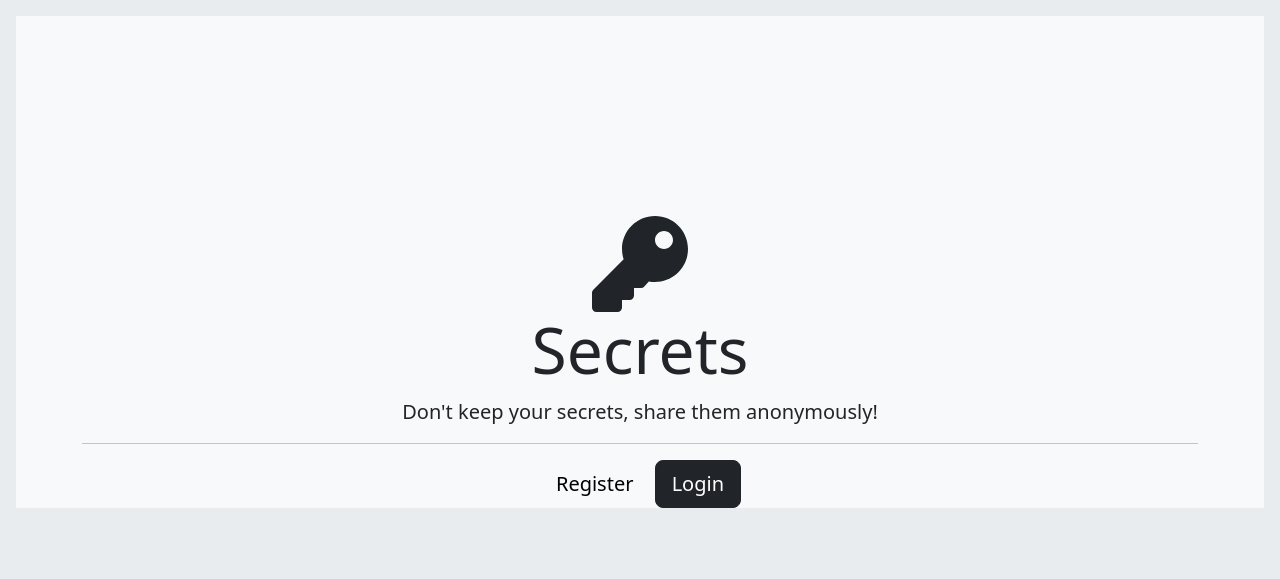
Repository: hritik1204/authentication
Page: http://localhost/
An editor plug-in stored every save of this project. The page is shown before and after the next save, followed by the edit.
The browser window is 1280 px wide. The pictures show the whole page.
The page is served by the project's Node server (app.js).

Above is the page before, as saved 2022-07-07 17:08:21.

### views/home.ejs
<%- include('partials/header') %>


    <div class="bg-light  rounded-lg m-3 centered">
        <div class="container">
            <i class="fas fa-key fa-6x"></i>
            <h1 class="display-3">Secrets</h1>
            <p class="lead">Don't keep your secrets, share them anonymously!</p>
            <hr>
            <a class="btn btn-light btn-lg" href="/register" role="button">Register</a>
            <a class="btn btn-dark btn-lg" href="/login" role="button">Login</a>

        </div>
    </div>

    <%- include('partials/footer') %>

### views/partials/header.ejs
<!DOCTYPE html>
<html lang="en" dir="ltr">

<head>
    <meta charset="utf-8">
    <title>Secrets</title>
    <script defer src="https://use.fontawesome.com/releases/v5.15.4/js/all.js" integrity="sha384-rOA1PnstxnOBLzCLMcre8ybwbTmemjzdNlILg8O7z1lUkLXozs4DHonlDtnE7fpc" crossorigin="anonymous"></script>
    <!-- CSS only -->
    <link href="https://cdn.jsdelivr.net/npm/bootstrap@5.2.0-beta1/dist/css/bootstrap.min.css" rel="stylesheet" integrity="sha384-0evHe/X+R7YkIZDRvuzKMRqM+OrBnVFBL6DOitfPri4tjfHxaWutUpFmBp4vmVor" crossorigin="anonymous">

    <link rel="stylesheet" href="css/styles.css">
</head>

<body>

### app.js
import express from "express";
import ejs from "ejs";

import { fileURLToPath } from 'url';
import { dirname } from 'path';
import { response } from "express";


main().catch(err => console.log(err));
async function main() {

    const app = express();
    app.use(express.urlencoded({ extended: true }));
    app.use(express.static("public"));
    app.set('view engine', 'ejs');

    const __filename = fileURLToPath(
        import.meta.url);

    const __dirname = dirname(__filename);

    app.get("/", (req, res) => res.render("home"));
    app.get("/login", (req, res) => res.render("login"));
    app.get("/register", (req, res) => res.render("register"));

















    app.listen(3000, () => console.log("Server started on port 3000"));
}

Loaded but not shown: views/partials/footer.ejs (common file); public/css/styles.css (common file)

After the next save:
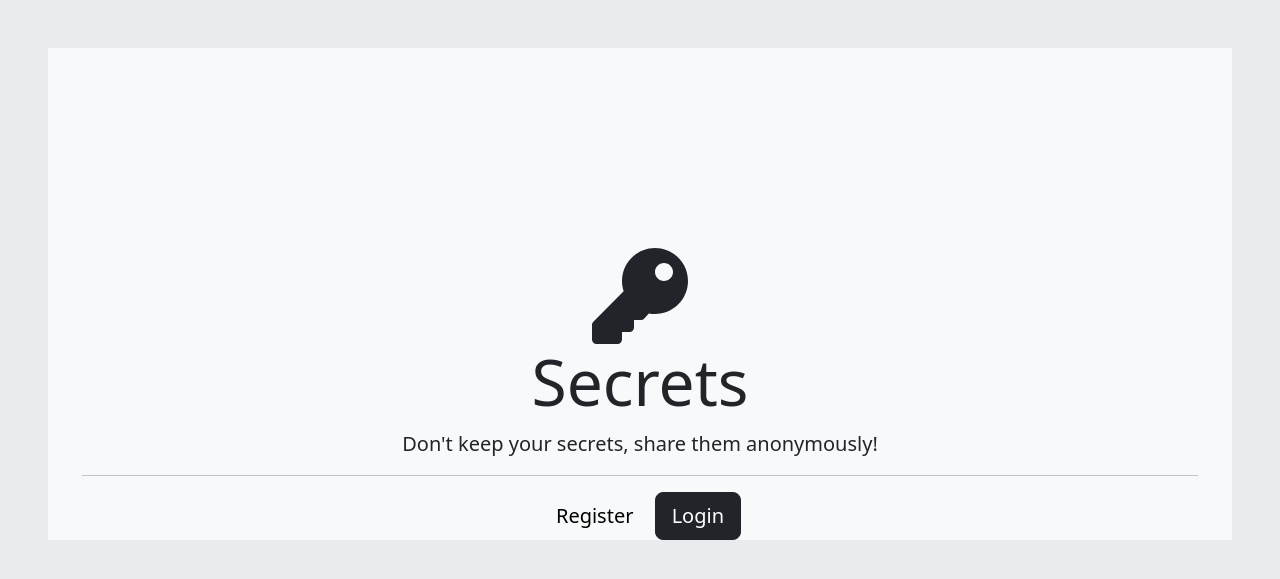
Saved 7 s later.
--- a/views/home.ejs
+++ b/views/home.ejs
@@ -1,7 +1,7 @@
 <%- include('partials/header') %>
 
 
-    <div class="bg-light  rounded-lg m-3 centered">
+    <div class="bg-light  rounded-lg m-5 centered">
         <div class="container">
             <i class="fas fa-key fa-6x"></i>
             <h1 class="display-3">Secrets</h1>

After the save that followed:
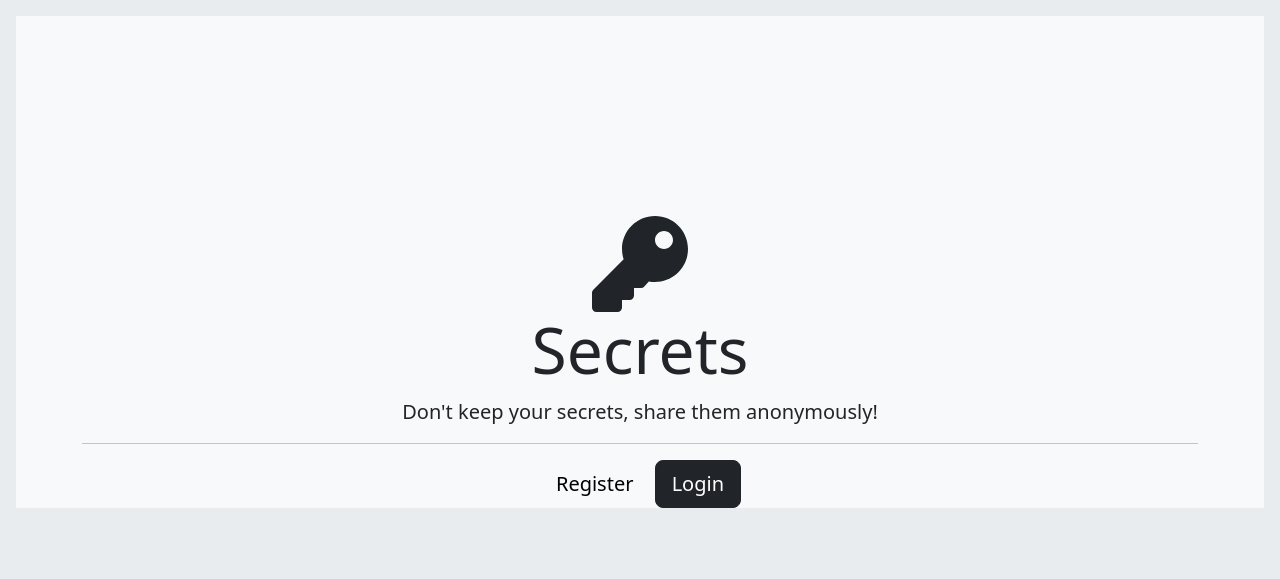
Saved 19 s later.
--- a/views/home.ejs
+++ b/views/home.ejs
@@ -1,7 +1,7 @@
 <%- include('partials/header') %>
 
 
-    <div class="bg-light  rounded-lg m-5 centered">
+    <div class="bg-light  rounded-lg m-3 centered">
         <div class="container">
             <i class="fas fa-key fa-6x"></i>
             <h1 class="display-3">Secrets</h1>
